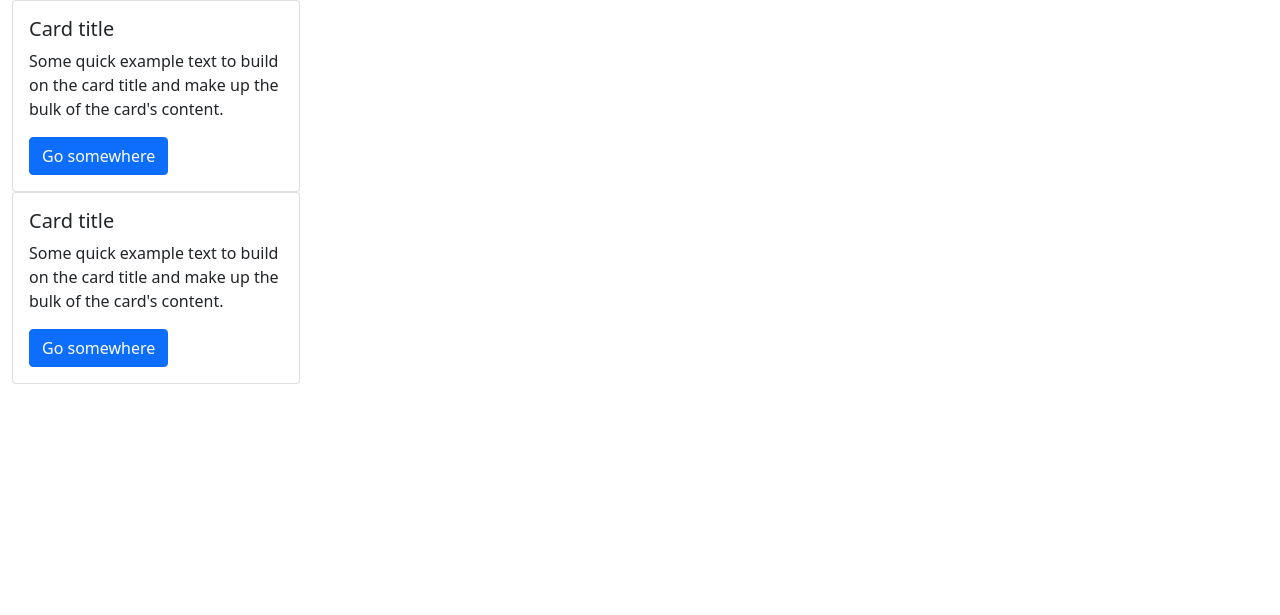
Repository: Dayvid0/BOOTSTRAP-TUTORIALS
Page: BOOTSTRAP-GRID-LAYOUTS/layouts.html
These files come from the project's save history. The page is drawn as it stood at one moment and after the next save; the edit follows.
The browser window is 1280 px wide. The pictures show the whole page.

Above is the page before, as saved 2025-01-24 12:43:31.

After the next save:
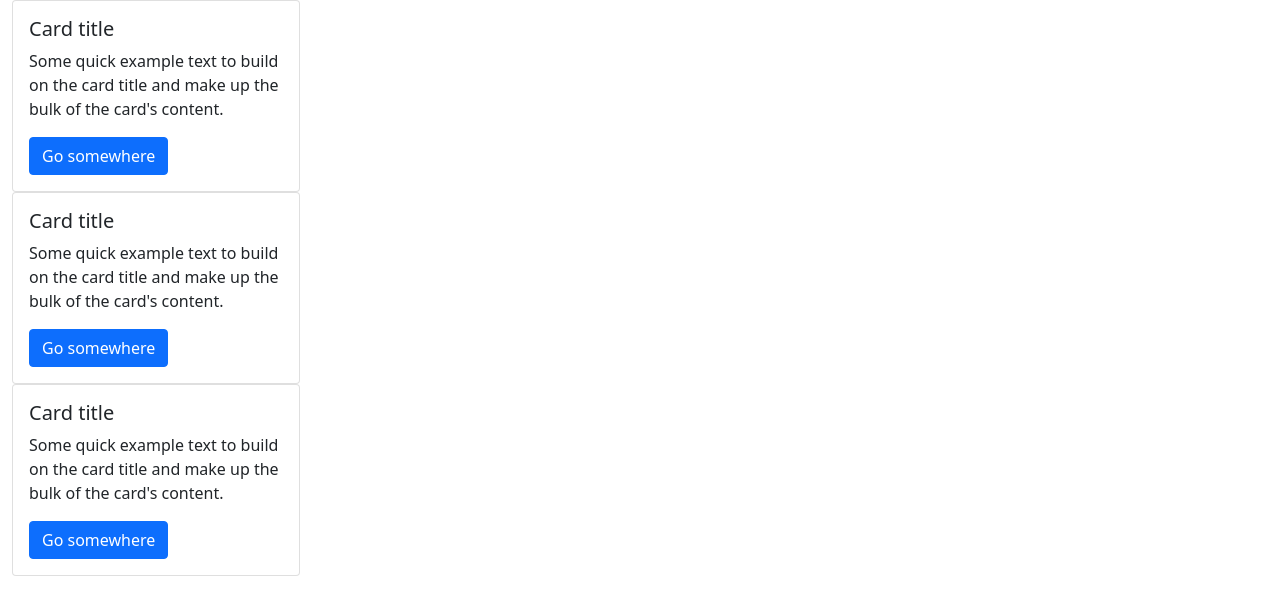
Saved 8 s later.
--- a/BOOTSTRAP-GRID-LAYOUTS/layouts.html
+++ b/BOOTSTRAP-GRID-LAYOUTS/layouts.html
@@ -30,6 +30,15 @@
                       <a href="#" class="btn btn-primary">Go somewhere</a>
                     </div>
                   </div>
+                  <div class="row">
+                    <div class="col-md-12">
+                      <div class="card" style="width: 18rem;">
+                        <div class="card-body">
+                          <h5 class="card-title">Card title</h5>
+                          <p class="card-text">Some quick example text to build on the card title and make up the bulk of the card's content.</p>
+                          <a href="#" class="btn btn-primary">Go somewhere</a>
+                        </div>
+                      </div>
         </div>
       </div>
     </div>
